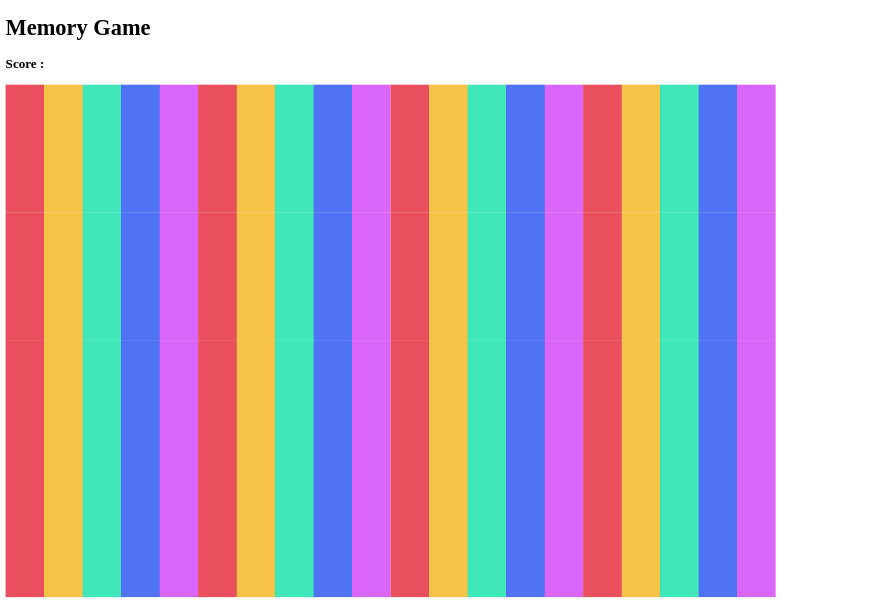
Repository: divyaravada/javascript-games
Page: memory-game/memorygame.html
These files come from the project's save history. The page is drawn as it stood at one moment and after the next save; the edit follows.
The browser window is 1280 px wide. The pictures show the part of the page from y = 0 to 1920 px (the page is 861 px tall before and 3049 px after), at 70% of full size.

Above is the page before, as saved 2022-03-15 16:13:10.

After the next save:
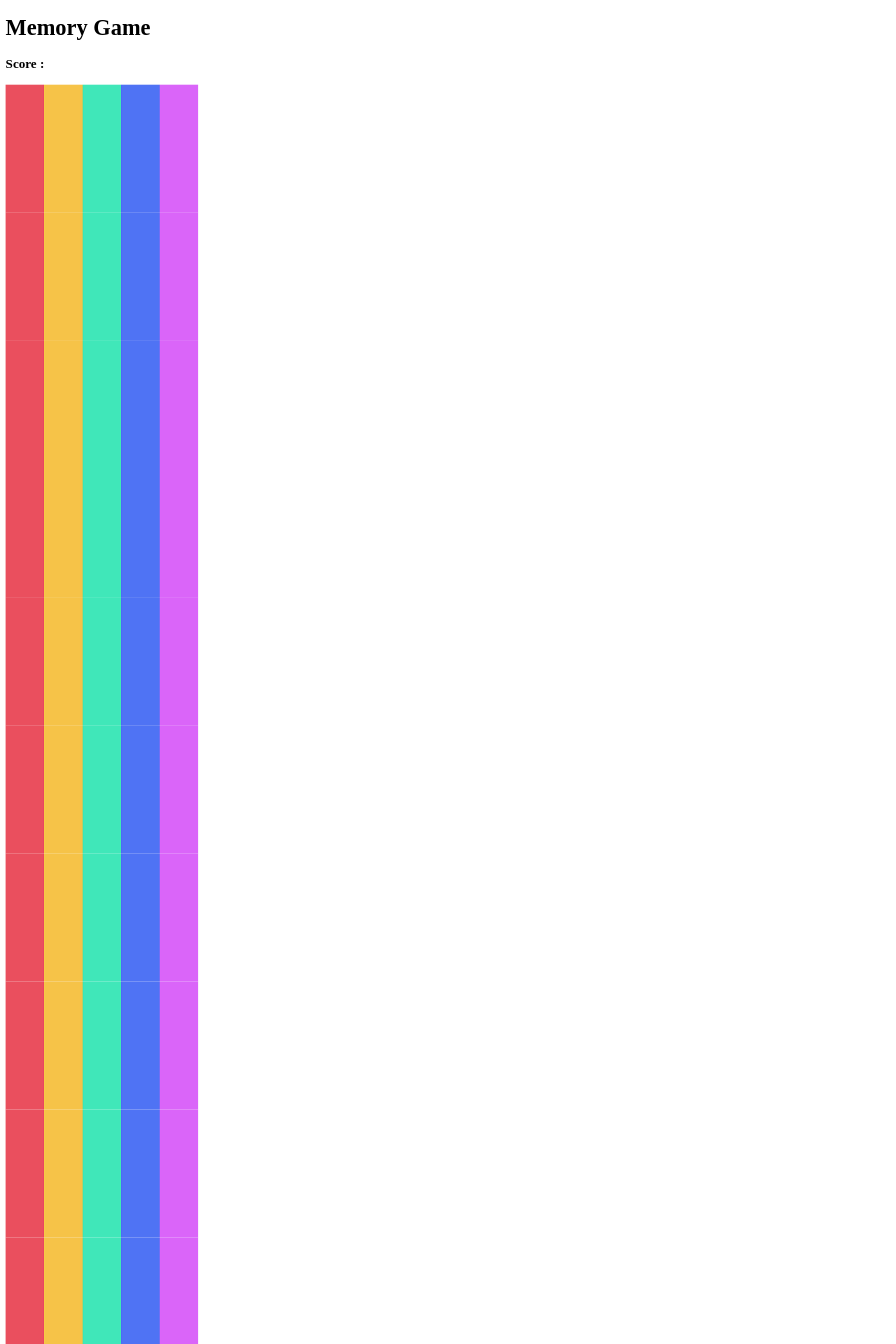
Saved 72 s later.
--- a/memory-game/memorystyle.css
+++ b/memory-game/memorystyle.css
@@ -1,5 +1,6 @@
 #grid {
   display: flex;
   flex-wrap: wrap;
-  width: ;
+  width: 250px;
+  height: 150px;
 }
